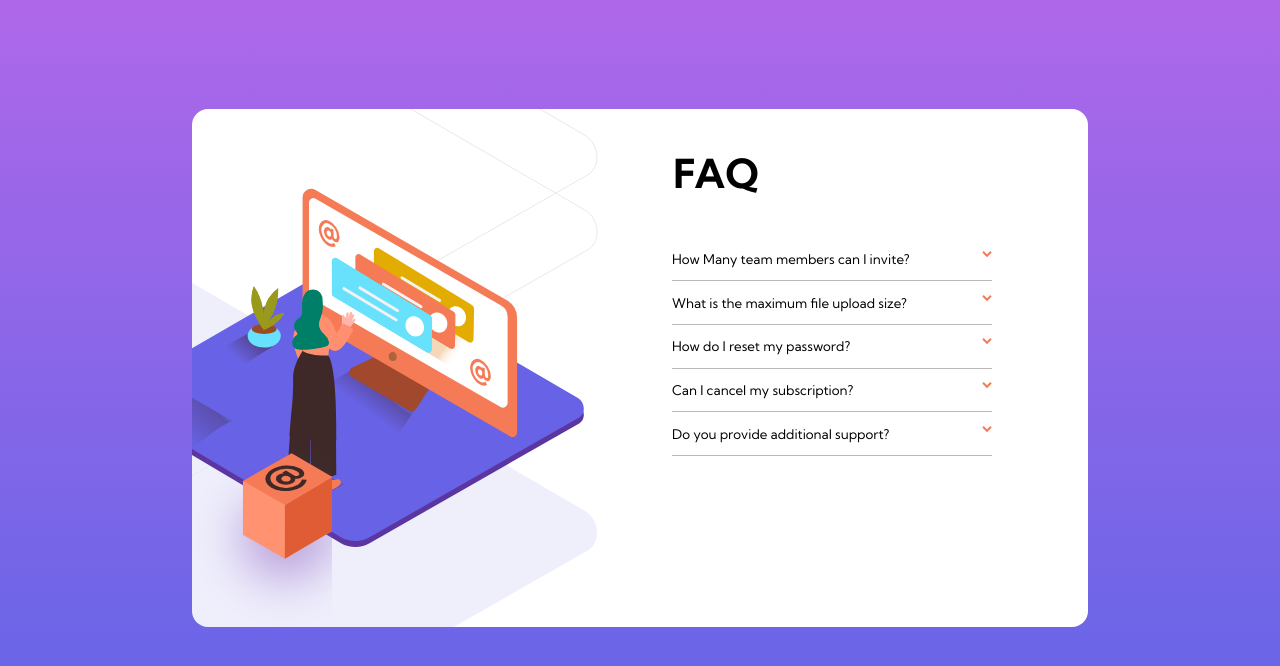
Repository: ryanwilll/ProjetoFAQ
Page: index.html
These files come from the project's save history. The page is drawn as it stood at one moment and after a run of saves; the edit follows.
The browser window is 1280 px wide. The pictures show the whole page.

Above is the page before, as saved 2022-10-28 12:31:25.

After the next 3 saves:
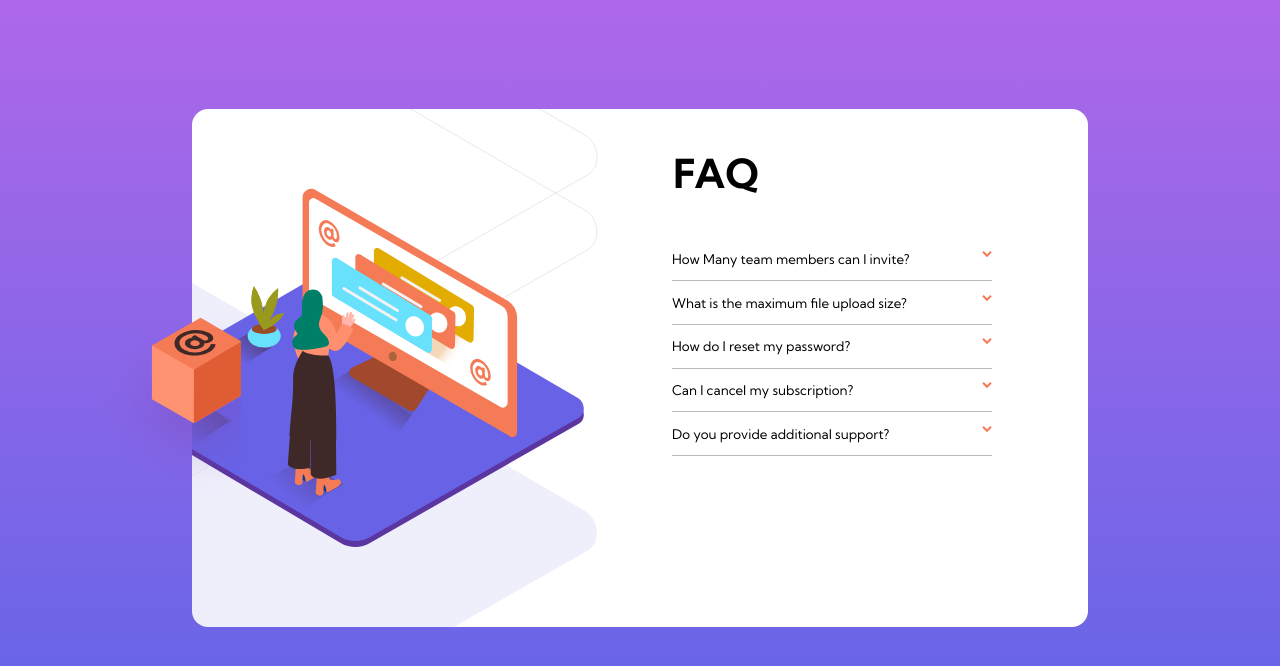
The 3 saves are shown as one change because they came seconds apart.
The last was saved 15 s later.
--- a/css/allmedia.css
+++ b/css/allmedia.css
@@ -151,9 +151,9 @@
     width: 140px;
     height: 190px;
     position: absolute;
-    top: 66%;
-    left: 0%;
-
+    top: 60%;
+    left: -1.6%;
+    transform: translate(-55%, -55%);
     animation: boxHop 2s ease-in-out;
     animation-iteration-count: infinite;
   }
